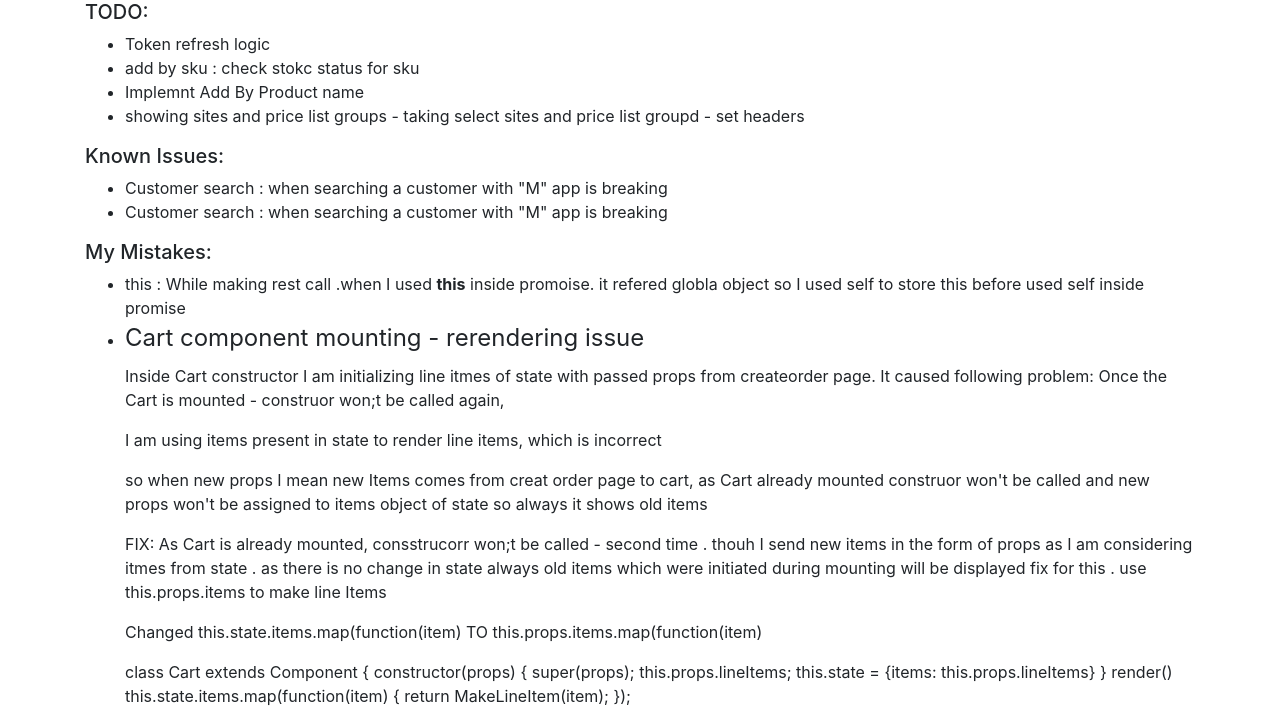
Repository: testtiger/reactagent
Page: /todo
The author's editor kept a copy of each file at every save. The page is drawn from the files as they stood at one save, then again after the next save.
The browser window is 1280 px wide. The pictures show the whole page.
The project was rebuilt for these pictures with package versions that can differ from the ones it lists, and the page was loaded fresh each time. Also part of the build but not shown: src/components/Agent/Rest/agent-rest-client.js, src/components/Agent/Dashboard/quicklinks.jsx, src/components/Agent/Dashboard/announcements.jsx, src/components/Agent/Dashboard/recentorders.jsx, src/components/Agent/Dashboard/pendingactions.jsx, src/components/Agent/Dashboard/DashboardPage.jsx, src/components/Agent/Shared/Navigation.jsx, src/components/Agent/Login/loginpage.jsx and 12 more.

Above is the page before, as saved 2018-12-15 16:53:03.

### src/index.js
//start it with npm start
//create-react-app MyApp

import React from "react";
import ReactDOM from "react-dom";
import "bootstrap/dist/css/bootstrap.css";
import LoginPage from "./components/Agent/Login/loginpage";
import App from "./components/Agent/App/App";
import CreateOrderPage from "./components/Agent/CreateOrder/CreateOrderPage";
import CustomerSearchPage from "./components/Agent/CustomerSearch/CustomerSearchPage";
import AddressFields from "./components/Agent/CreateOrder/AddressFields";
ReactDOM.render(<App/>, document.getElementById("root"));
//ReactDOM.render(<AddressFields />, document.getElementById("root"));

### src/components/Agent/App/App.jsx
import React, { Component } from "react";
import LoginPage from "../Login/loginpage";
import Routes from "../Router/route";
import SearchCriteria from "../CustomerSearch/SearchCriteria";
import Register from "../CustomerSearch/Registration";

export default class App extends Component {
  render() {
    return <Routes />;
    //return <LoginPage />;
  }
}

/***
 * TODO : token expiry logic
 *
 *
 */

### src/components/Agent/Router/route.js
import React from "react";
import { BrowserRouter, Route, Switch } from "react-router-dom";
import LoginPage from "../Login/loginpage";
import DashboardPage from "../Dashboard/DashboardPage";
import CustomerSearchPage from "../CustomerSearch/CustomerSearchPage";
import Registration from "../CustomerSearch/Registration";
import CustomerProfilePage from "../CustomerProfile/CustomerProfilePage.jsx";
import Navigation from "../Shared/Navigation";
import CreateOrderPage from "../CreateOrder/CreateOrderPage";
import TODO from "../BugsTODO/TODO";


var Routes = function() {
  return <BrowserRouter>
      <div>
        <Navigation />
        <Switch>
          <Route exact path="/" component={LoginPage} />
          <Route path="/welcome" component={DashboardPage} />
          <Route exact path="/customers" component={CustomerSearchPage} />
          <Route exact path="/customers/registration" component={Registration} />
          <Route exact path="/customers/profiles/:id" component={CustomerProfilePage} />
          <Route exact path="/createOrder/:profileId" component={CreateOrderPage} />
          <Route exact path="/todo" component={TODO} />
          <Route path="*" component={LoginPage} />
        </Switch>
      </div>
    </BrowserRouter>;
};

export default Routes;

### src/components/Agent/BugsTODO/TODO.jsx
import React, { Component } from "react";

export default class TODO extends Component {
  render() {
    return (
      <div className="container">
        <h5>TODO:</h5>
        <ul>
          <li> Token refresh logic</li>
          <li> add by sku : check stokc status for sku</li>
          <li> Implemnt Add By Product name</li>
          <li>
            {" "}
            showing sites and price list groups - taking select sites and price
            list groupd - set headers
          </li>
        </ul>
        <h5>Known Issues:</h5>
        <ul>
          <li>
            Customer search : when searching a customer with "M" app is breaking
          </li>
          <li>
            Customer search : when searching a customer with "M" app is breaking
          </li>
        </ul>
        <h5>My Mistakes:</h5>
        <ul>
          <li>
            this : While making rest call .when I used <strong>this</strong>{" "}
            inside promoise. it refered globla object so I used self to store
            this before used self inside promise
          </li>
          <li>
            <legend>Cart component mounting - rerendering issue</legend>
            <span>
              <p>
                Inside Cart constructor I am initializing line itmes of state
                with passed props from createorder page. It caused following
                problem: Once the Cart is mounted - construor won;t be called
                again,
              </p>
              <p>
                I am using items present in state to render line items, which is
                incorrect
              </p>
              <p>
                so when new props I mean new Items comes from creat order page
                to cart, as Cart already mounted construor won't be called and
                new props won't be assigned to items object of state so always
                it shows old items
              </p>
              <p>
                FIX: As Cart is already mounted, consstrucorr won;t be called -
                second time . thouh I send new items in the form of props as I
                am considering itmes from state . as there is no change in state
                always old items which were initiated during mounting will be
                displayed fix for this . use this.props.items to make line Items
              </p>
              <p>
                Changed this.state.items.map(function(item) TO
                this.props.items.map(function(item)
              </p>
              {
                "class Cart extends Component\
                 { \
                     constructor(props) {\
                          super(props);\
                          this.props.lineItems;\
                           this.state = {items: this.props.lineItems}\
                     }\
                    render() \
                    this.state.items.map(function(item) {\
                    return MakeLineItem(item);\
                    });\
                     "
              }
            </span>
          </li>
        </ul>
      </div>
    );
  }
}

Loaded but not shown: public/index.html (common file)

After the next save:
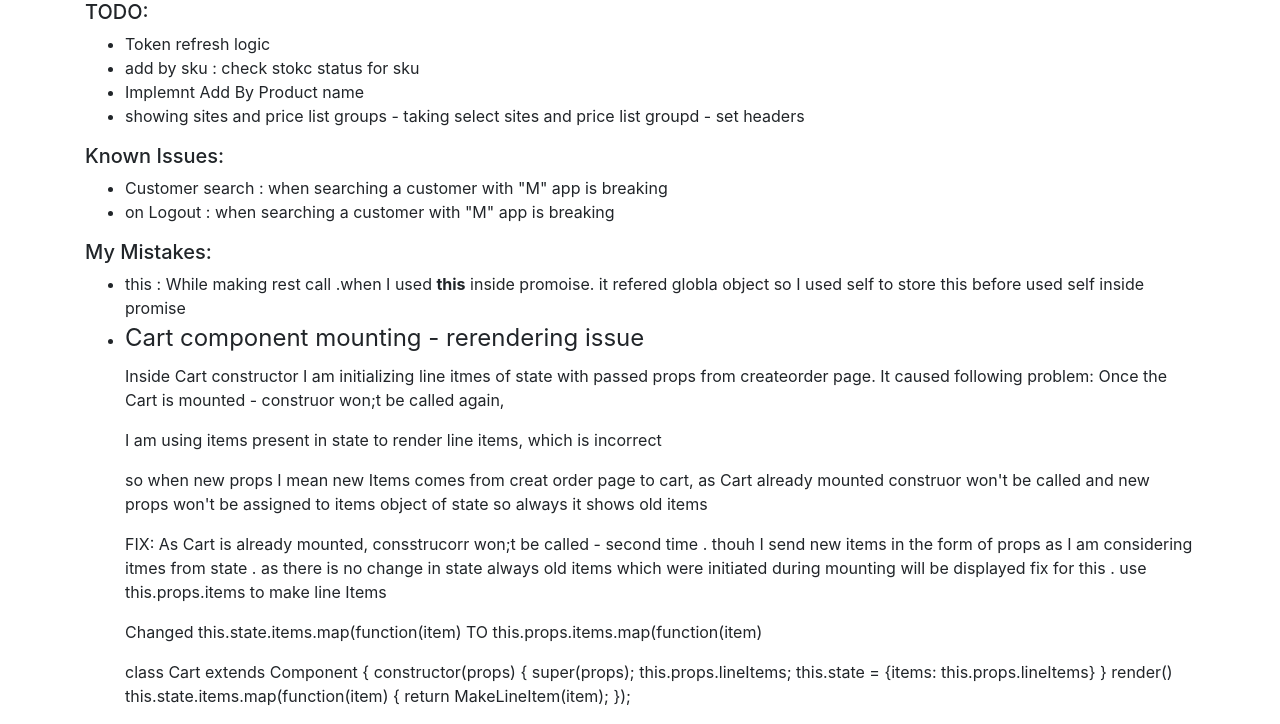
Saved 6 s later.
--- a/src/components/Agent/BugsTODO/TODO.jsx
+++ b/src/components/Agent/BugsTODO/TODO.jsx
@@ -21,7 +21,7 @@ export default class TODO extends Component {
             Customer search : when searching a customer with "M" app is breaking
           </li>
           <li>
-            Customer search : when searching a customer with "M" app is breaking
+            on Logout : when searching a customer with "M" app is breaking
           </li>
         </ul>
         <h5>My Mistakes:</h5>
